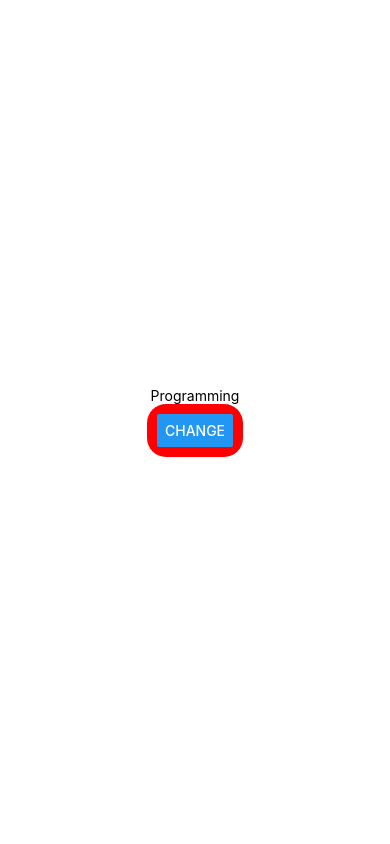
Repository: akinmiday/ReactNativeApp
Screen: /
An editor plug-in stored every save of this project. The screen is shown before and after the next save, followed by the edit.
The app was drawn by React Native's web renderer in a window 390 px wide. The project was rebuilt for these pictures with package versions that can differ from the ones it lists, and the page was loaded fresh each time.

Above is the screen before, as saved 2023-08-03 07:24:04.

After the next save:
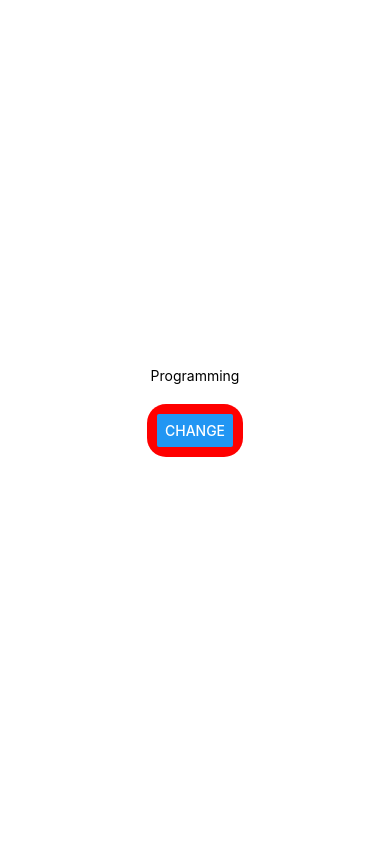
Saved 13 s later.
--- a/App.js
+++ b/App.js
@@ -26,5 +26,6 @@ const styles = StyleSheet.create({
     backgroundColor: "red",
     padding: 10,
     borderRadius: 19,
+    margin: 20,
   },
 });
